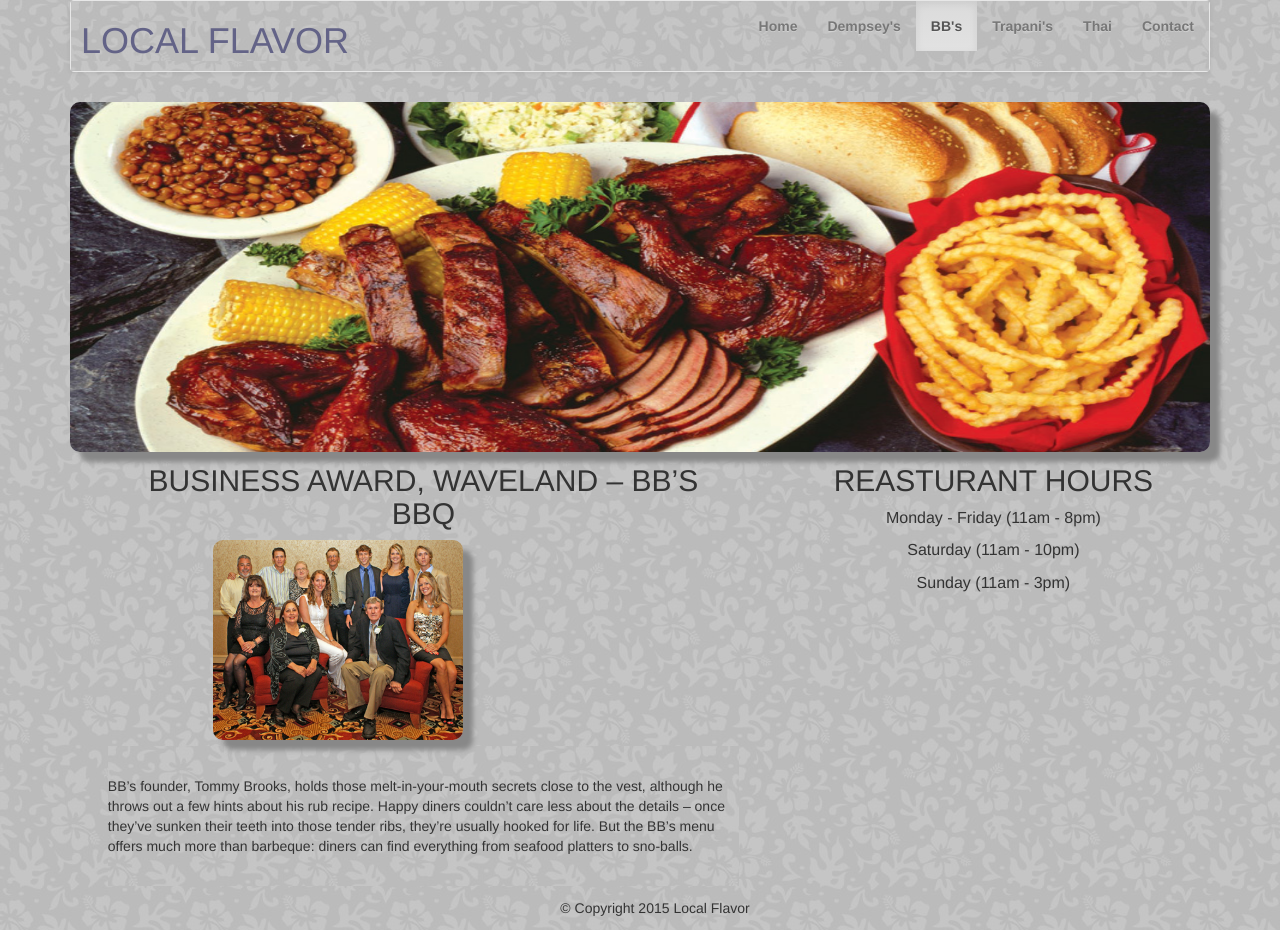
Repository: GeauxNinja/RestaurantSite
Page: Local Flavor/BBs.html
The author's editor kept a record of every edit. The page is drawn from the files as they stood at one moment, then again after the next edit.
The browser window is 1280 px wide. The pictures show the whole page.
Some web libraries are served in a nearby version.

Above is the page before.

### Local Flavor/BBs.html
<!doctype html>
<html>
<head>
<meta charset="utf-8">
<title>BB's BarBQ</title>
<link href="styles/main.css" rel="stylesheet" type="text/css">
<!-- Latest compiled and minified CSS -->
<link rel="stylesheet" href="https://maxcdn.bootstrapcdn.com/bootstrap/3.3.2/css/bootstrap.min.css">
<!-- Optional theme -->
<link rel="stylesheet" href="https://maxcdn.bootstrapcdn.com/bootstrap/3.3.2/css/bootstrap-theme.min.css">
<script src="http://use.edgefonts.net/source-sans-pro:n6:default.js" type="text/javascript"></script>
<style type="text/css">div{background-image:url('images/bak1.png');}</style>
</head>

<body>
<div id="page">
  <header class="container">
      <div id="menu" class="navbar navbar-default">
		<div class="navbar-header">
			<button class="btn btn-default navbar-toggle"
				data-toggle="collapse"
				data-target=".navbar-collapse"><span class="glyphicon glyphicon-collapse-down"></span></button>
			<div id="logo">
			<a href="index.html"><h1>Local Flavor</h1></a>
		</div>
		</div>
		<div class="navbar-collapse collapse">
			<ul class="nav navbar-nav navbar-right">
			  <li class="nav"><a href="index.html">Home</a></li>
			  <li class="nav"><a href="dempseys.html">Dempsey's</a></li>
			  <li class="nav active"><a href="BBs.html">BB's</a></li>
			  <li class="nav"><a href="trapanis.html">Trapani's</a></li>
			  <li class="nav"><a href="thai.html">Thai</a></li>
			  <li class="nav"><a href="contact.html">Contact</a></li>
			</ul>
		</div>
      </div>
    </header>
    <section id="body" class="container">
    <div id="hero"><img src="images/bb1.png" width="1500" height="350" alt=""/></div>
      <section id="main" class="col-md-8 col-sm-9">


    <h2>Business Award, Waveland – BB’s BBQ</h2>


    <figure class="centered"><img src="images/BBsweb1.jpg" width="250" height="200" alt=""/>
      <figcaption></figcaption>
    </figure>

    <div>

      <p>&nbsp;</p>
      <p>BB’s founder, Tommy Brooks, holds those melt-in-your-mouth secrets close to the vest, although he throws out a few hints about his rub recipe. Happy diners couldn’t care less about the details – once they’ve sunken their teeth into those tender ribs, they’re usually hooked for life. But the BB’s menu offers much more than barbeque: diners can find everything from seafood platters to sno-balls.</p>
      <p>&nbsp;</p>
    </div>

  </section>
  <section id="sidebar" class="col-md-4 col-sm-3">
    <h2>Reasturant Hours</h2>
        <p>Monday - Friday  (11am - 8pm)</p>
        <p>Saturday  (11am - 10pm)</p>
        <p>Sunday  (11am - 3pm)</p>
  </section>

  <footer class="container">
    <p>© Copyright 2015 Local Flavor  </p>
  </footer>
</div>
<!-- jQuery (necessary for Bootstrap's JavaScript plugins) -->
<script src="https://ajax.googleapis.com/ajax/libs/jquery/1.11.1/jquery.min.js"></script>
<!-- Latest compiled and minified JavaScript -->
<script src="https://maxcdn.bootstrapcdn.com/bootstrap/3.3.2/js/bootstrap.min.js"></script>
</body>
</html>

### Local Flavor/styles/main.css
@charset "utf-8";

body {
	margin: 9px;
	color: #151515;
	font-family: Helvetica, Arial, sans-serif;
	background-color: #EFF5F8;
	font-size: medium;
}

#wrapper {
	width: 100%;
	min-width: 740px;
	max-width: 1000px;
	margin-left: auto;
	margin-right: auto;
	background-color: #FFFFFF;
	right: 0px;
	position: static;
	border-radius: 8px;
}

#top {
 overflow: hidden;
}

#hero img {
	max-width: 100%;
	border-color: #FFFCFC;
	border-radius: 10px;
	background-position: 0% 0%;
	box-shadow: 10px 10px 5px #888888;
	margin:10px 10px 0px 0px;
	right: 0px;
}
h1, h2 {
	color: #3399CC;
	font-family: Tahoma;
	font-style: normal;
	font-weight: 600;
	font-size: 72px;
	margin-top: 0px;
	margin-bottom: 0px;
	text-align: center;
	text-transform: uppercase;
	top: 25px;
	padding-left: 10px;
	padding-right: 10px;
	right: 33px;
}
#main {
	width: 58%;
	margin-left: 2%;
	float: left;
}
#sidebar {
	width: 34%;
	margin-left: 4%;
	float: left;
	text-align: center;
	border-radius: 4px;
	font-size: medium;
}

form {
    width: 300px;
    margin: 0 auto;
}


figure {
	display: block;
	width: 420px;
}

figure img {
	border-radius: 10px;
	box-shadow: 10px 10px 5px #888888;
}

figcaption {
	font-size: 0.875em;
	font-weight: bold;
	text-align: center;
	display: block;
	margin-top: 0.5em;
	margin-right: auto;
	margin-left: auto;
}

.centered {
	margin-left: auto;
	margin-right: auto;
}

.floatleft {
	float: left;
	margin-left: 0px;
	margin-right: 10px;
}

.floatright {
	float: right;
	margin-left: 10px;
	margin-right: 0px;
}

footer {
	padding-top: 2px;
	padding-bottom: 2px;
	padding-left: 2%;
	/*background-color: #43a6cb;
	color: #FFFFFF;*/
	clear: left;
	text-align: center;
}

a {
	font-weight: bold;
	text-decoration: none;
}

a:link {
	color: #636387;
}

a:visited {
	color: #FF944C;
}

a:hover, a:active, a:focus {
	color: #7F3300;
	text-decoration: underline;
}
#mainnav ul {
	box-shadow:10px 10px 10px 5px #888888;
	list-style-type: none;
	margin:0px 0px 0px 0px;
	padding:0px 0px 0px 0px;
}
navbar navbar-default {
    background: #F8F8F8;
    box-shadow: 10px 10px 10px 5px #888888;
}
#mainnav a {
	width: 16.66%;
	display: block;
	text-align: center;
	text-transform: uppercase;
	background-color: #4d4d4d;
	float: left;
	color: #FFFCFC;
	padding-top: 6px;
	padding-bottom: 6px;
}
#mainnav a:hover, #mainnav a:active, #mainnav a:focus, #mainnav thispage {

	text-decoration: none;
	background-color: #F8F8F8;
    border-color: #E7E7E7;
}
#hero article {
	width: 36%;
	padding-left: 10px;
	padding-right: 10px;
	position: absolute;
	top: 25px;
	right: 33px;
	background-color: #EA724F;
	border-radius: 26px;
	color: #FFFCFC;
}
#hero {
	position: relative;
	border-radius: 30px;
}
#hero {
	color: #FFFCFC;
	text-transform: uppercase;
	margin-bottom: -8px;
}

After the next edit:
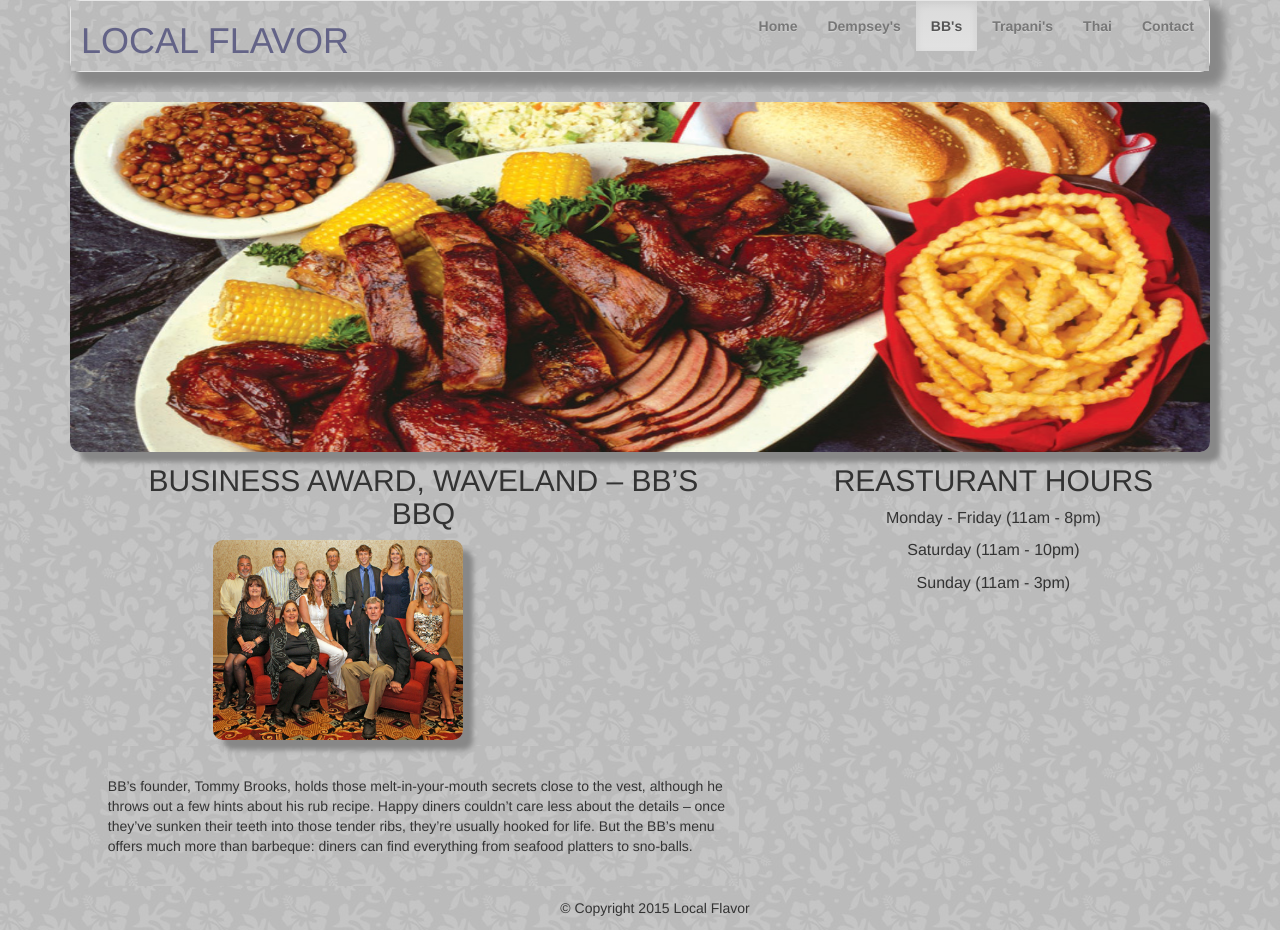
The edit:
--- a/Local Flavor/BBs.html
+++ b/Local Flavor/BBs.html
@@ -15,7 +15,7 @@
 <body>
 <div id="page">
   <header class="container">
-      <div id="menu" class="navbar navbar-default">
+      <div id="menu" class="navbar navbar-default" style="background: #a3a3a3; box-shadow: 10px 10px 10px 5px #888888; border-radius:10px;">
 		<div class="navbar-header">
 			<button class="btn btn-default navbar-toggle"
 				data-toggle="collapse"
